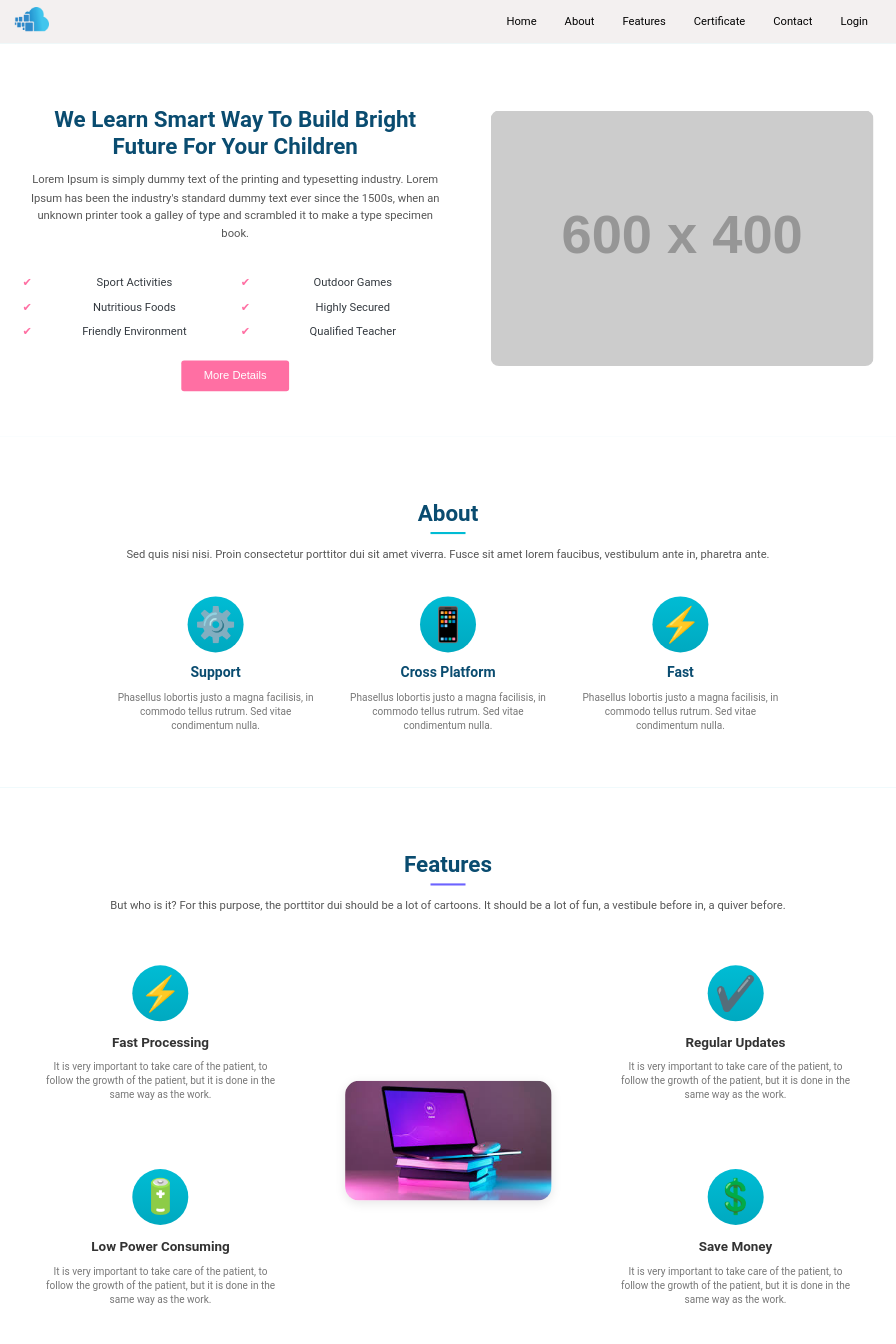
Repository: gautamsonam011/Institute
Page: /
These files come from the project's save history. The page is drawn as it stood at one moment and after the next save; the edit follows.
The browser window is 1280 px wide. The pictures show the part of the page from y = 0 to 1920 px (the page is 3497 px tall), at 70% of full size.
The project was rebuilt for these pictures with package versions that can differ from the ones it lists, and the page was loaded fresh each time. Also part of the build but not shown: vite.config.js, src/Header.jsx, src/Sidebar.jsx, src/Home.jsx, src/students/Addstudent.jsx, src/students/allstudent.css, src/students/Allstudents.jsx, src/Fee management/feehead.css and 9 more.

Above is the page before, as saved 2024-11-28 10:46:50.

### src/components/Last.jsx
import React from 'react'
import Navbar from './Navbar';
import Main from './Main';
import About from './About';
import Features from './Features';
import Team from './Team';
import Contact from './Contact'
import Footer from './Footer';

const Last = () => {
  return (
    <div>
      <Navbar/>
      <Main/>
      <About/>
      <Features/>
      <Team/>
      <Contact/>
      <Footer/>
    </div>
  )
}

export default Last

### src/students/addstudent.css
.form-container {
    width: 96%;
    margin: auto;
    padding: 20px;
    border: 1px solid #ccc;
    border-radius: 10px;
    background-color: #e0f7fa;
    box-shadow: 0 4px 10px rgba(0, 0, 0, 0.1);
  }

  h2 {
    color: #047d8d;
    text-align: center;
    margin-bottom: 20px;
    font-size: 1.5rem;
  }

  .form-group {
    margin-bottom: 20px;
  }

  label {
    display: block;
    font-weight: bold;
    color: #047d8d;
    margin-bottom: 5px;
  }

  input, select, textarea {
    width: 98%;
    padding: 12px;
    margin-top: 5px;
    border: 1px solid #b0bec5;
    border-radius: 4px;
    font-size: 1rem;
    transition: border-color 0.3s;
  }

  input:focus, select:focus, textarea:focus {
    border-color: #047d8d;
    outline: none;
  }

  button {
    padding: 10px 20px;
    background-color: #047d8d;
    color: white;
    border: none;
    cursor: pointer;
    font-size: 16px;
  }

  button:active {
    background-color: #64bdc9;;
  }

### src/components/Main.jsx
import React from "react";
import "./main.css";

const AboutSection = () => {
  return (
    <div className="about-section">
      <div className="about-content">
        {/* <h3 className="about-heading"></h3> */}
        <h2 className="about-title">
          We Learn Smart Way To Build Bright Future For Your Children
        </h2>
        <p className="about-description">
          Lorem Ipsum is simply dummy text of the printing and typesetting
          industry. Lorem Ipsum has been the industry's standard dummy text
          ever since the 1500s, when an unknown printer took a galley of type
          and scrambled it to make a type specimen book.
        </p>
        <ul className="about-list">
          <li>Sport Activities</li>
          <li>Outdoor Games</li>
          <li>Nutritious Foods</li>
          <li>Highly Secured</li>
          <li>Friendly Environment</li>
          <li>Qualified Teacher</li>
        </ul>
        <button className="about-button">More Details</button>
      </div>
      <div className="about-image-container">
        <img
          src="https://via.placeholder.com/600x400" /* Replace with actual image URL */
          alt="Children learning"
          className="about-image"
        />
      </div>
    </div>
  );
};

export default AboutSection;

### src/components/About.jsx
import React from "react";
import "./about.css";

const About = () => {
  return (
    <section className="about-section" id="about">
      <div className="about-container">
        <h2 className="about-title">About</h2>
        <hr className="about-divider" />
        <p className="about-description">
          Sed quis nisi nisi. Proin consectetur porttitor dui sit amet viverra.
          Fusce sit amet lorem faucibus, vestibulum ante in, pharetra ante.
        </p>
        <div className="about-features">
          <div className="feature">
            <div className="feature-icon support-icon"></div>
            <h3>Support</h3>
            <p>
              Phasellus lobortis justo a magna facilisis, in commodo tellus
              rutrum. Sed vitae condimentum nulla.
            </p>
          </div>
          <div className="feature">
            <div className="feature-icon cross-platform-icon"></div>
            <h3>Cross Platform</h3>
            <p>
              Phasellus lobortis justo a magna facilisis, in commodo tellus
              rutrum. Sed vitae condimentum nulla.
            </p>
          </div>
          <div className="feature">
            <div className="feature-icon fast-icon"></div>
            <h3>Fast</h3>
            <p>
              Phasellus lobortis justo a magna facilisis, in commodo tellus
              rutrum. Sed vitae condimentum nulla.
            </p>
          </div>
        </div>
      </div>
    </section>
  );
};

export default About;

### src/components/Team.jsx
import React from "react";
import "./team.css";
import user1 from '../assets/user1.jpg';
import user2 from '../assets/user2.jpg';
import user3 from '../assets/user3.jpg'

const OurTeam = () => {
  const teamMembers = [
    {
      name: "Jane Doe",
      image: user1, // Replace with the correct image path
      title: "Web Developer",
    },
    {
      name: "John Smith",
      image: user2, // Replace with the correct image path
      title: "UI/UX Designer",
    },
    {
      name: "Mike Johnson",
      image: user3, // Replace with the correct image path
      title: "Project Manager",
    },
  ];

  return (
    <section className="our-team">
      <div className="container">
        <h2 className="team-heading">Our Team</h2>
        <p className="team-description">
          Sed quis nisi nisi. Proin consectetur porttitor dui sit amet viverra. Fusce sit amet lorem faucibus, vestibulum ante in, pharetra ante.
        </p>
        <div className="team-members">
          {teamMembers.map((member, index) => (
            <div key={index} className="team-member">
              <img
                src={member.image}
                alt={member.name}
                className="team-member-img"
              />
              <h3 className="member-name">{member.name}</h3>
              <p className="member-title">{member.title}</p>
            </div>
          ))}
        </div>
      </div>
    </section>
  );
};

export default OurTeam;

### src/components/Contact.jsx
import React from "react";
import "./contact.css";

const ContactUs = () => {
  return (
    <section className="contact-us" id="contact">
      <div className="container">
        <h2 className="contact-heading">Contact us</h2>
        <p className="contact-description">
          Sed quis nisi nisi. Proin consectetur porttitor dui sit amet viverra. Fusce sit amet lorem faucibus, vestibulum ante in, pharetra ante.
        </p>
        <div className="contact-content">
          {/* Left: Contact Form */}
          <form className="contact-form">
            <div className="form-row">
              <input
                type="text"
                placeholder="Full Name"
                className="form-input"
              />
              <input type="email" placeholder="Email" className="form-input" />
            </div>
            <div className="form-row">
              <input type="text" placeholder="Subject" className="form-input" />
            </div>
            <div className="form-row">
              <textarea
                placeholder="Message"
                className="form-textarea"
              ></textarea>
            </div>
            <button type="submit" className="form-submit">
              SUBMIT
            </button>
          </form>
          {/* Right: Contact Info */}
          <div className="contact-info">
            <div className="info-box">
              <p>
                <strong>ADDRESS</strong>
                <br />
                New Delhi, India
              </p>
            </div>
            <div className="info-box">
              <p>
                <strong>PHONE</strong>
                <br />
                009900990099
              </p>
            </div>
            <div className="info-box">
              <p>
                <strong>E-MAIL</strong>
                <br />
                yogesh@gmail.com
              </p>
            </div>
            <div className="info-box">
              <p>
                <strong>WORKING HOURS</strong>
                <br />
                Mon-Fri 9.00 AM to 5.00 PM
              </p>
            </div>
          </div>
        </div>
      </div>
    </section>
  );
};

export default ContactUs;

### src/components/Footer.jsx
import React from "react";
import "./footer.css";

const Footer = () => {
  return (
    <footer className="footer">
      <div className="container">
        <div className="footer-content">
          {/* About Section */}
          <div className="footer-section">
            <h3>About Us</h3>
            <p>
              We provide excellent training services and certifications. Our goal is to help you grow professionally and achieve your career goals.
            </p>
          </div>
          {/* Quick Links */}
          <div className="footer-section">
            <h3>Quick Links</h3>
            <ul className="footer-links">
              <li><a href="#home">Home</a></li>
              <li><a href="#about">About</a></li>
              <li><a href="#features">Features</a></li>
              <li><a href="#contact">Contact</a></li>
            </ul>
          </div>
          {/* Contact Info */}
          <div className="footer-section">
            <h3>Contact Us</h3>
            <p>New Delhi, India</p>
            <p>Phone: 009900990099</p>
            <p>Email: info@example.com</p>
          </div>
        </div>
        {/* Social Media */}
        <div className="footer-social">
          <a href="#" className="social-icon">
            <i className="fab fa-facebook-f"></i>
          </a>
          <a href="#" className="social-icon">
            <i className="fab fa-twitter"></i>
          </a>
          <a href="#" className="social-icon">
            <i className="fab fa-instagram"></i>
          </a>
          <a href="#" className="social-icon">
            <i className="fab fa-linkedin-in"></i>
          </a>
        </div>
        {/* Footer Bottom */}
        <div className="footer-bottom">
          <p>© 2024 Your Company. All Rights Reserved.</p>
        </div>
      </div>
    </footer>
  );
};

export default Footer;

### src/components/navbar.css
/* Navbar styles */
.navbar {
  display: flex;
  justify-content: space-between;
  align-items: center;
  padding: 10px 20px;
  background-color: #f3f0f0;
}

.navbar .logo img {
  width: 50px;
}

.navbar .nav-links {
  display: flex;
  gap: 20px;
}

.navbar .nav-links ul {
  list-style: none;
  margin: 0;
  padding: 0;
  display: flex;
}

.navbar .nav-links li a {
  color: rgb(2, 2, 2);
  text-decoration: none;
  padding: 10px 20px;
}

.navbar .hamburger {
  display: none;
  cursor: pointer;
}

.navbar .hamburger .bar {
  width: 25px;
  height: 4px;
  background-color: rgb(14, 13, 13);
  margin: 5px;
  transition: all 0.3s;
}

/* Show the hamburger icon on small screens */
@media (max-width: 768px) {
  .navbar .nav-links {
    display: none;
    width: 100%;
    flex-direction: column;
    align-items: center;
    position: absolute;
    top: 60px;
    left: 0;
    background-color: #333;
    z-index: 100;
  }

  .navbar .nav-links.active {
    display: flex;
  }

  .navbar .hamburger {
    display: block;
  }

  .navbar .hamburger.active .bar:nth-child(1) {
    transform: rotate(45deg);
    position: relative;
    top: 9px;
  }

  .navbar .hamburger.active .bar:nth-child(2) {
    opacity: 0;
  }

  .navbar .hamburger.active .bar:nth-child(3) {
    transform: rotate(-45deg);
    position: relative;
    top: -9px;
  }
}

### src/components/main.css
/* About Section Styling */
.about-section {
  display: flex;
  align-items: center;
  justify-content: space-between;
  gap: 2rem;
  padding: 3rem;
  background-color: #fefefe;
  flex-wrap: wrap; /* Makes it responsive */
}

.about-content {
  max-width: 50%;
}

.about-heading {
  color: #ff6fa3;
  font-size: 1.5rem;
  font-weight: 600;
  margin-bottom: 1rem;
}

.about-title {
  font-size: 2.5rem;
  font-weight: 700;
  margin-bottom: 1.5rem;
  color: #343a40;
}

.about-description {
  font-size: 1rem;
  line-height: 1.8;
  margin-bottom: 1.5rem;
  color: #555;
}

.about-list {
  display: grid;
  grid-template-columns: repeat(2, 1fr);
  gap: 1rem;
  margin-bottom: 2rem;
  list-style: none;
  padding: 0;
}

.about-list li {
  font-size: 1rem;
  color: #343a40;
  position: relative;
  padding-left: 1.5rem;
}

.about-list li::before {
  content: "✔";
  position: absolute;
  left: 0;
  color: #ff6fa3;
}

.about-button {
  background-color: #ff6fa3;
  color: white;
  border: none;
  border-radius: 4px;
  padding: 0.8rem 2rem;
  font-size: 1rem;
  cursor: pointer;
}

.about-image-container {
  position: relative;
  max-width: 45%;
}

.about-image {
  width: 100%;
  border-radius: 12px;
}

/* .play-button {
  position: absolute;
  top: 50%;
  left: 50%;
  transform: translate(-50%, -50%);
  background-color: rgba(255, 255, 255, 0.8);
  border-radius: 50%;
  width: 70px;
  height: 70px;
  display: flex;
  align-items: center;
  justify-content: center;
  font-size: 1.5rem;
  color: #ff6fa3;
  cursor: pointer;
} */

/* Responsive Design */
@media (max-width: 768px) {
  .about-section {
    flex-direction: column;
    text-align: center;
    padding: 1.5rem;
  }

  .about-content {
    max-width: 100%;
  }

  .about-image-container {
    max-width: 100%;
  }
}

### src/components/about.css
.about-section {
    padding: 4rem 2rem;
    text-align: center;
    background-color: white;
  }

  .about-container {
    max-width: 1200px;
    margin: 0 auto;
  }

  .about-title {
    font-size: 2rem;
    color: #0a4c70;
    font-weight: bold;
    margin-bottom: 0.5rem;
  }

  .about-divider {
    width: 50px;
    height: 3px;
    background-color: #00bcd4;
    border: none;
    margin: 0.5rem auto;
  }

  .about-description {
    font-size: 1rem;
    color: #555;
    margin: 1rem 0 3rem;
    line-height: 1.6;
  }

  .about-features {
    display: flex;
    justify-content: center;
    gap: 2rem;
    flex-wrap: wrap;
  }

  .feature {
    text-align: center;
    max-width: 300px;
  }

  .feature-icon {
    width: 80px;
    height: 80px;
    margin: 0 auto 1rem;
    border-radius: 50%;
    background: linear-gradient(to bottom, #00bcd4, #00a9c0);
    display: flex;
    justify-content: center;
    align-items: center;
    font-size: 2rem;
    color: white;
    transition: transform 0.3s ease, background-color 0.3s ease;
  }

  .feature-icon:hover {
    transform: scale(1.2); /* Enlarges the icon on hover */
    background: linear-gradient(to bottom, #00a9c0, #00bcd4); /* Reverses the gradient */
    cursor: pointer;
  }

  .support-icon::before {
    content: "⚙️"; /* Replace with an actual image or icon if desired */
  }

  .cross-platform-icon::before {
    content: "📱"; /* Replace with an actual image or icon if desired */
  }

  .fast-icon::before {
    content: "⚡"; /* Replace with an actual image or icon if desired */
  }

  .feature h3 {
    font-size: 1.25rem;
    color: #0a4c70;
    margin: 0.5rem 0;
  }

  .feature p {
    font-size: 0.9rem;
    color: #777;
    line-height: 1.4;
  }

### src/components/features.css
.features-section {
    padding: 4rem 2rem;
    text-align: center;
    background-color: white;
  }

  .features-container {
    max-width: 1200px;
    margin: 0 auto;
  }

  .features-title {
    font-size: 2rem;
    color: #0a4c70;
    font-weight: bold;
    margin-bottom: 0.5rem;
  }

  .features-divider {
    width: 50px;
    height: 3px;
    background-color: #6c63ff;
    margin: 0.5rem auto 1rem;
  }

  .features-description {
    font-size: 1rem;
    color: #555;
    margin-bottom: 3rem;
    line-height: 1.6;
  }

  .features-content {
    display: flex;
    align-items: center;
    justify-content: space-between;
    gap: 2rem;
  }

  .features-column {
    display: flex;
    flex-direction: column;
    gap: 2rem;
    flex: 1;
  }

  .feature-card {
    text-align: center;
    padding: 1.5rem;
    /* border: 1px solid #ddd; */
    /* border-radius: 10px;
    background: #f9f9f9; */
    transition: transform 0.3s ease, box-shadow 0.3s ease;
  }

  .feature-card:hover {
    transform: translateY(-10px);
    box-shadow: 0 8px 20px rgba(0, 0, 0, 0.15);
  }

  .feature-icon {
    font-size: 3rem;
    color: #6c63ff;
    margin-bottom: 1rem;
  }

  .feature-title {
    font-size: 1.2rem;
    color: #333;
    font-weight: bold;
    margin-bottom: 0.5rem;
  }

  .feature-description {
    font-size: 0.9rem;
    color: #777;
    line-height: 1.4;
  }

  .features-image {
    flex: 1;
    display: flex;
    justify-content: center;
    align-items: center;
  }

  .features-image img {
    max-width: 100%;
    height: auto;
    border-radius: 20px;
    box-shadow: 0 4px 15px rgba(0, 0, 0, 0.1);
  }

### src/components/team.css
.our-team {
    text-align: center;
    padding: 50px 20px;
    background-color: #f9f9f9;
  }

  .team-heading {
    font-size: 2rem;
    color: #0a4c70;
    font-weight: bold;
    margin-bottom: 20px;
  }

  .team-description {
    color: #555;
    font-size: 1rem;
    margin-bottom: 40px;
  }

  .team-members {
    display: flex;
    justify-content: center;
    gap: 60px; /* Increased gap between images */
    flex-wrap: wrap;
  }

  .team-member {
    max-width: 250px; /* Allows for a larger size */
    text-align: center;
  }

  .team-member-img {
    width: 150px; /* Larger circle size */
    height: 150px; /* Match width for a perfect circle */
    border-radius: 50%;
    object-fit: cover;
    margin-bottom: 15px;
    border: 3px solid #ddd; /* Optional: Add a border for better appearance */
  }

  .member-name {
    font-size: 1rem;
    font-weight: bold;
    color: #333;
    margin-top: 10px;
  }

  .member-title {
    font-size: 0.9rem;
    color: #777;
  }

### src/components/contact.css
.contact-us {
    text-align: center;
    padding: 70px 40px;
    background-color: #f9f9f9;
  }

  .contact-heading {
    font-size: 2rem;
    color: #0a4c70;
    font-weight: bold;
    margin-bottom: 10px;
  }

  .contact-description {
    color: #555;
    font-size: 1rem;
    margin-bottom: 40px;
  }

  .contact-content {
    display: flex;
    justify-content: space-between;
    gap: 20px;
    flex-wrap: wrap;
    max-width: 1200px; /* Restrict max width */
    margin: 0 auto; /* Center content horizontally */
  }

  .contact-form {
    flex: 1;
    max-width: 60%;
  }

  .contact-info {
    flex: 1;
    max-width: 30%;
    background: #e0f7fa;
    padding: 20px;
    border-radius: 10px;
  }

  .form-row {
    display: flex;
    gap: 10px;
    margin-bottom: 15px;
  }

  .form-input {
    width: 100%;
    padding: 10px;
    border: 1px solid #ddd;
    border-radius: 25px;
  }

  .form-textarea {
    width: 100%;
    padding: 10px;
    height: 100px;
    border: 1px solid #ddd;
    border-radius: 5px;
  }

  .form-submit {
    width: 100%;
    padding: 10px;
    background: #0a4c70;
    color: white;
    border: none;
    border-radius: 5px;
    cursor: pointer;
    font-weight: bold;
  }

  .info-box {
    text-align: left;
    margin-bottom: 15px;
  }

  .info-box p {
    margin: 0;
    color: #333;
  }

  .info-box strong {
    display: block;
    margin-bottom: 5px;
    color: #0a4c70;
  }

### src/components/footer.css
.footer {
    background-color: #0a4c70;
    color: white;
    padding: 40px 20px;
    text-align: center;
  }

  .container {
    max-width: 1200px;
    margin: 0 auto;
  }

  .footer-content {
    display: flex;
    justify-content: space-between;
    flex-wrap: wrap;
    margin-bottom: 20px;
  }

  .footer-section {
    flex: 1;
    min-width: 200px;
    margin: 10px;
  }

  .footer-section h3 {
    font-size: 1.2rem;
    margin-bottom: 10px;
    color: #e0f7fa;
  }

  .footer-section p,
  .footer-section a {
    font-size: 0.9rem;
    color: white;
    line-height: 1.6;
  }

  .footer-section a {
    text-decoration: none;
    color: #e0f7fa;
  }

  .footer-section a:hover {
    text-decoration: underline;
  }

  .footer-links {
    list-style: none;
    padding: 0;
  }

  .footer-links li {
    margin-bottom: 8px;
  }

  .footer-links a {
    color: white;
    text-decoration: none;
  }

  .footer-links a:hover {
    text-decoration: underline;
  }

  .footer-social {
    margin: 20px 0;
  }

  .social-icon {
    margin: 0 10px;
    font-size: 1.2rem;
    color: white;
    text-decoration: none;
  }

  .social-icon:hover {
    color: #e0f7fa;
  }

  .footer-bottom {
    border-top: 1px solid #e0f7fa;
    padding-top: 10px;
    font-size: 0.8rem;
    color: #e0f7fa;
  }

Loaded but not shown: index.html (common file); src/main.jsx (common file); src/App.css (268 lines, source omitted); src/components/Navbar.jsx (119 lines, source omitted); src/App.jsx (72 lines, source omitted); src/components/Features.jsx (77 lines, source omitted)

After the next save:
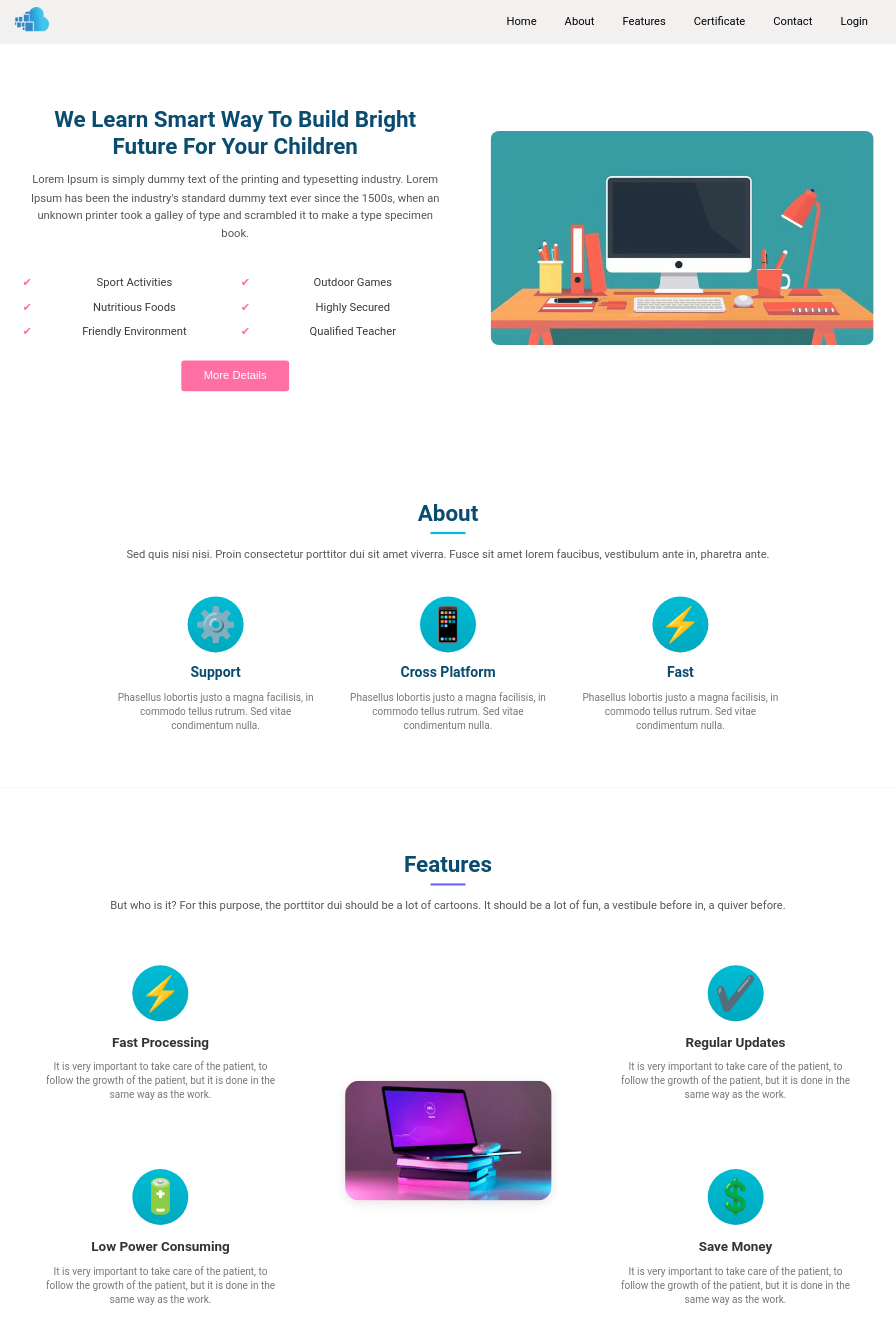
Saved 72 s later.
--- a/src/components/Main.jsx
+++ b/src/components/Main.jsx
@@ -1,5 +1,6 @@
 import React from "react";
 import "./main.css";
+import mainbg2 from '../assets/mainbg2.jpg'
 
 const AboutSection = () => {
   return (
@@ -27,7 +28,7 @@ const AboutSection = () => {
       </div>
       <div className="about-image-container">
         <img
-          src="https://via.placeholder.com/600x400" /* Replace with actual image URL */
+          src={mainbg2} /* Replace with actual image URL */
           alt="Children learning"
           className="about-image"
         />
